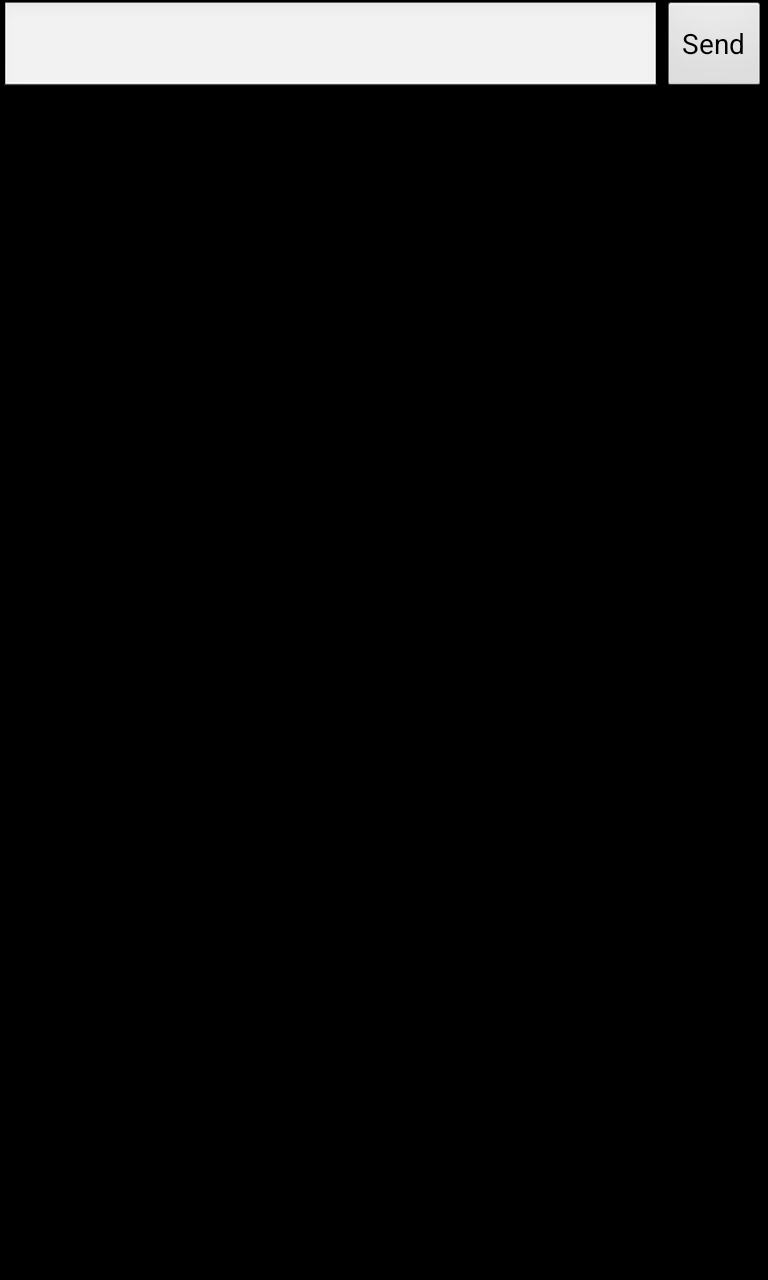
Repository: alexbrickwedde/floodping
Layout: WordClockRemote/res/layout/main.xml
These files come from the project's save history. The layout is drawn as it stood at one moment and after the next save; the edit follows.
It is drawn on a 768 x 1280 px phone screen (xhdpi) without system bars, with theme android:Theme; the app's code is not run. Lists and similar views that code fills are empty.

Above is the layout before, as saved 2010-12-19 13:16:11.

After the next save:
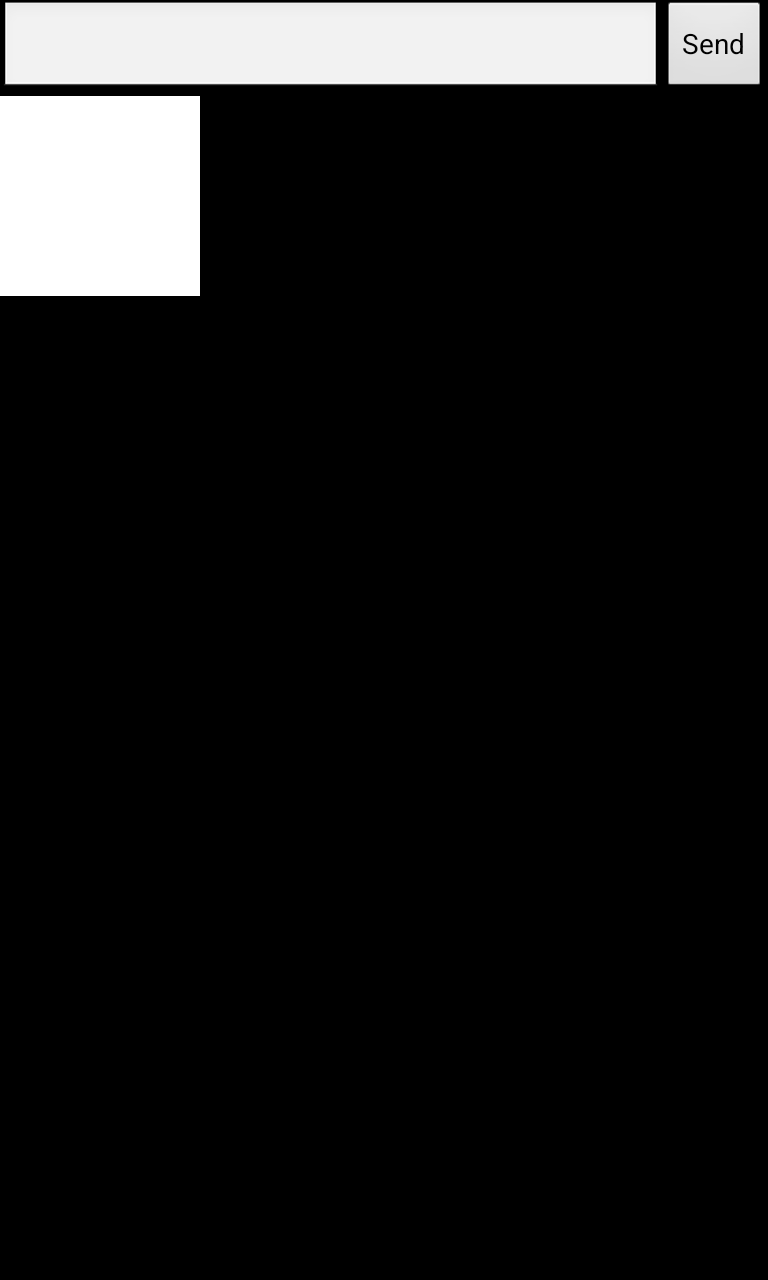
Saved 16 s later.
--- a/WordClockRemote/res/layout/main.xml
+++ b/WordClockRemote/res/layout/main.xml
@@ -22,6 +22,7 @@
 		android:eventsInterceptionEnabled="true" android:layout_width="200px" android:layout_height="200px" android:orientation="vertical">
 
 	<ImageView android:id="@+id/ImageView01" src="@drawable/zifferblatt"
+	android:background="@android:color/white"
 	android:layout_height="200px" android:layout_width="200px"></ImageView>
 </android.gesture.GestureOverlayView>
 	<ScrollView android:id="@+id/widget54" android:layout_width="fill_parent"

After the 3 saves that followed:
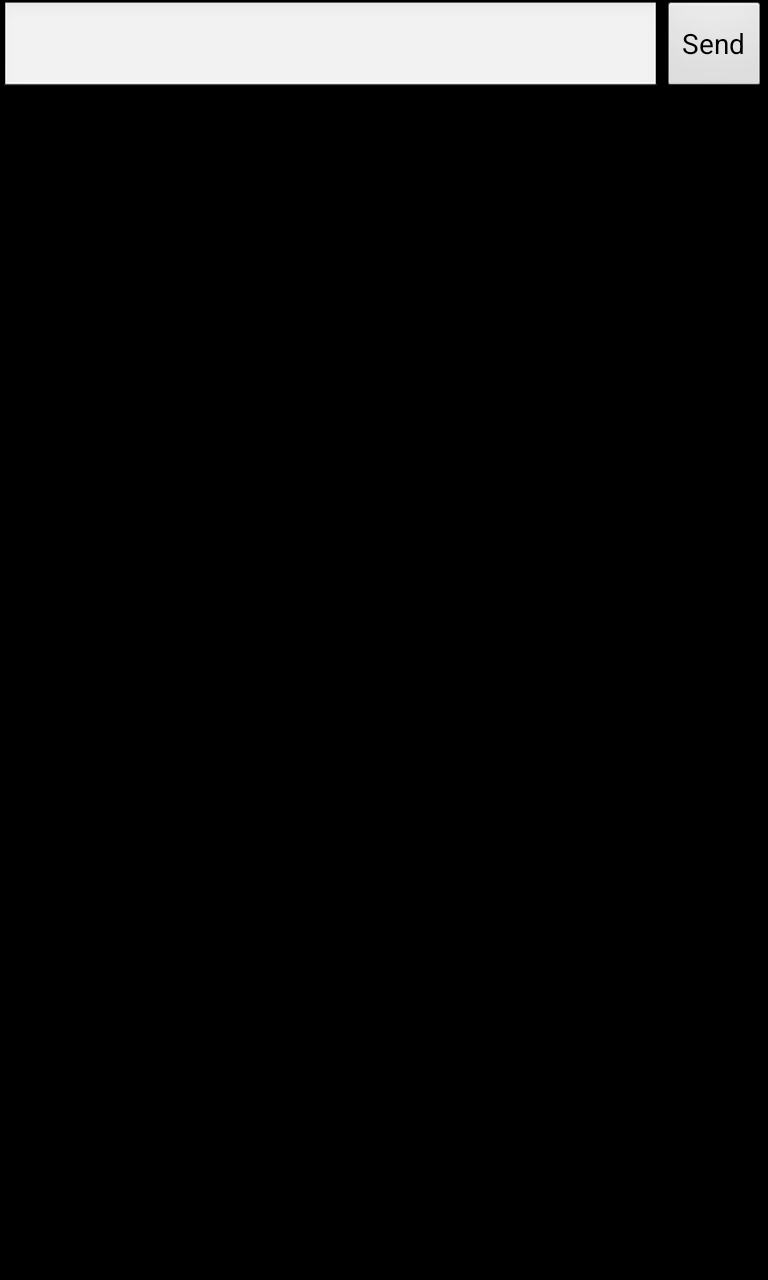
The 3 saves are shown as one change because 2 left the picture as it was.
The last was saved 45 s later.
--- a/WordClockRemote/res/layout/main.xml
+++ b/WordClockRemote/res/layout/main.xml
@@ -23,7 +23,8 @@
 
 	<ImageView android:id="@+id/ImageView01" src="@drawable/zifferblatt"
 	android:background="@android:color/white"
-	android:layout_height="200px" android:layout_width="200px"></ImageView>
+	android:scaleType="fitStart">
+	</ImageView>
 </android.gesture.GestureOverlayView>
 	<ScrollView android:id="@+id/widget54" android:layout_width="fill_parent"
 		android:layout_height="fill_parent" xmlns:android="http://schemas.android.com/apk/res/android">
